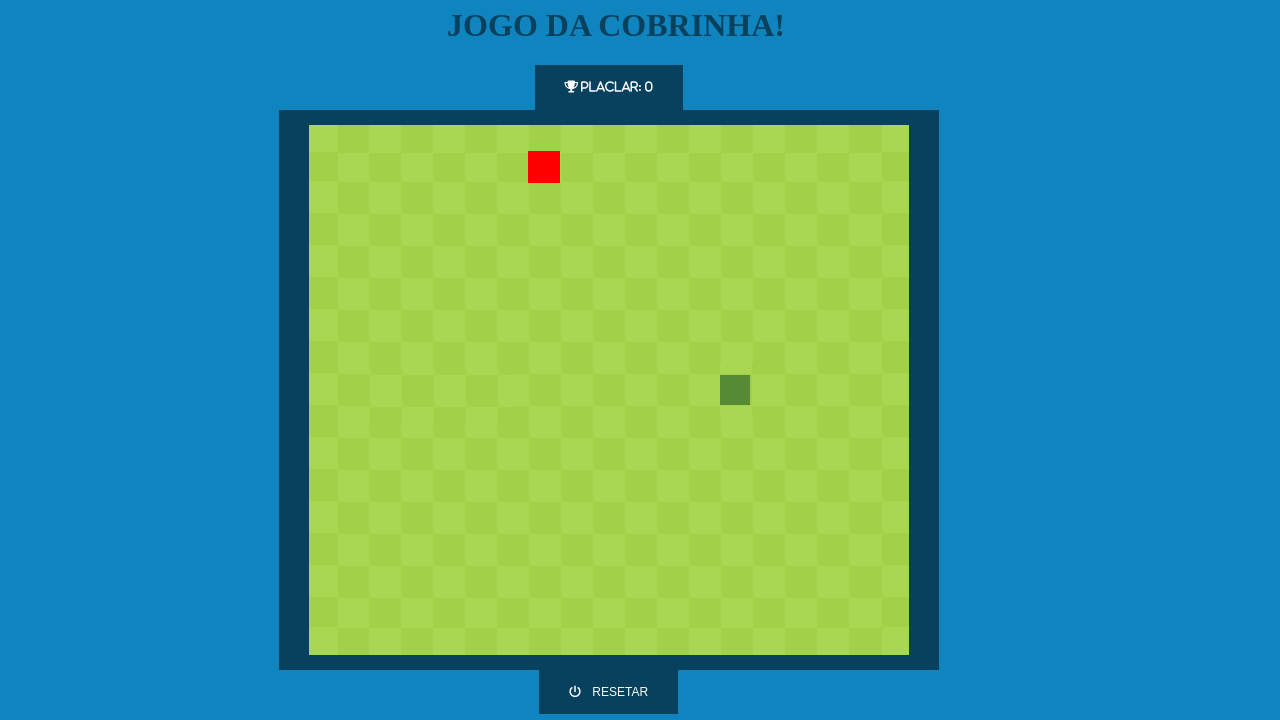
Repository: julierson/jogo-da-cobrinha-dio-master
Page: index.html
These files come from the project's save history. The page is drawn as it stood at one moment and after the next save; the edit follows.
The browser window is 1280 px wide. The pictures show the whole page.
After loading, the first visible `button.btnReniciar` was clicked once.
Some web libraries are served in a nearby version.

Above is the page before, as saved 2021-07-05 17:25:58.

After the next save:
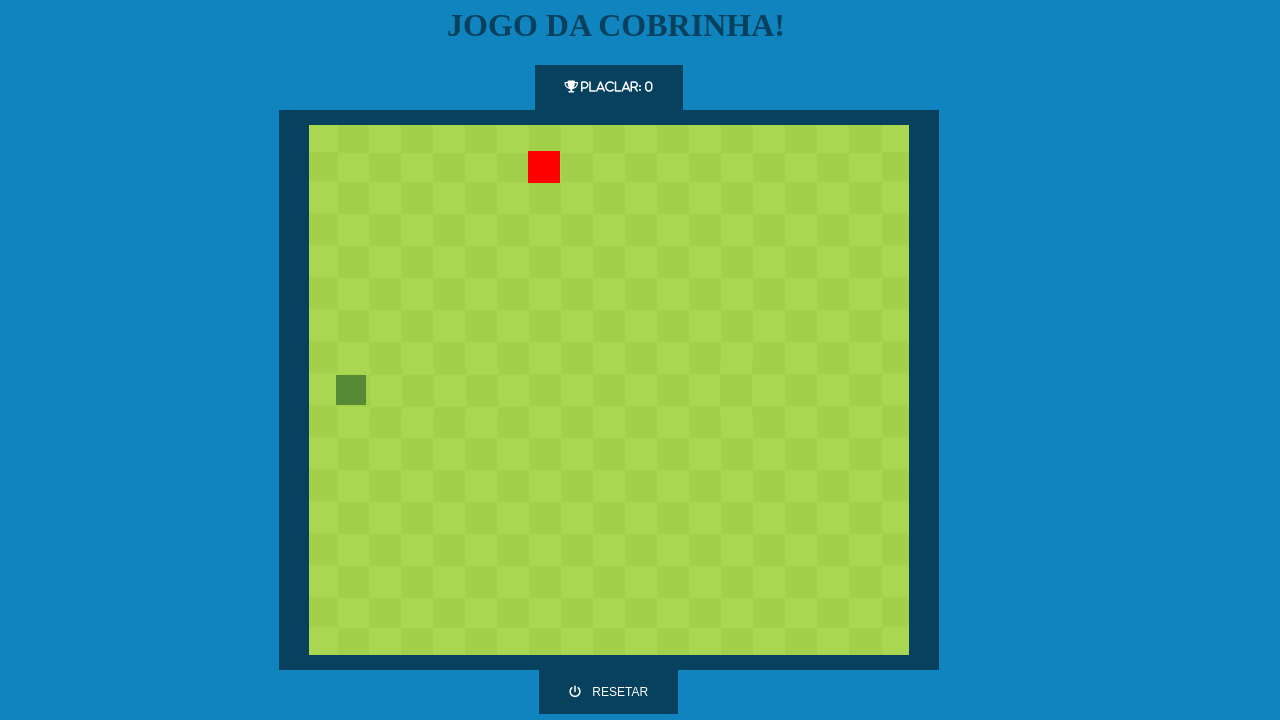
Console error: ReferenceError: novoJogo is not defined
Saved 2 min 1 s later.
--- a/js/script.js
+++ b/js/script.js
@@ -67,9 +67,8 @@ function update (event){
 }
 
 // Função que inicia um novo jogo
-function novoJogo(){
+function reset(){
     clearInterval(jogo);
-    alert('COMEÇOU NOVAMENTE!');
     document.location.reload(true);
 }
 
